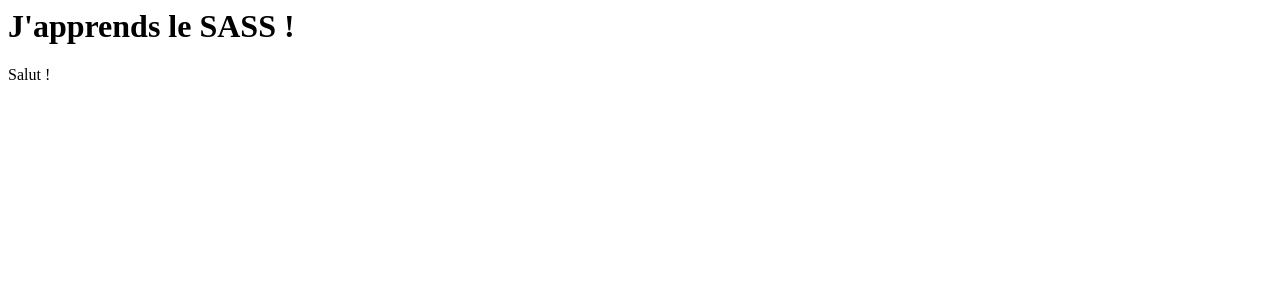
Repository: AtiPiquee/HyprDots
Page: www/sass-workshop/index.html
The author's editor kept a copy of each file at every save. The page is drawn from the files as they stood at one save, then again after the next save.
The browser window is 1280 px wide. The pictures show the whole page.

Above is the page before, as saved 2025-03-31 15:08:35.

### www/sass-workshop/index.html
<html>
    <head>
        <title>Learn SASS</title>
        <link ref="stylesheet" href="src/css/style.css">
    </head>

    <body>
        <h1>J'apprends le SASS !</h1>

        <p>Salut !</p>
    </body>
</html>

After the next save:
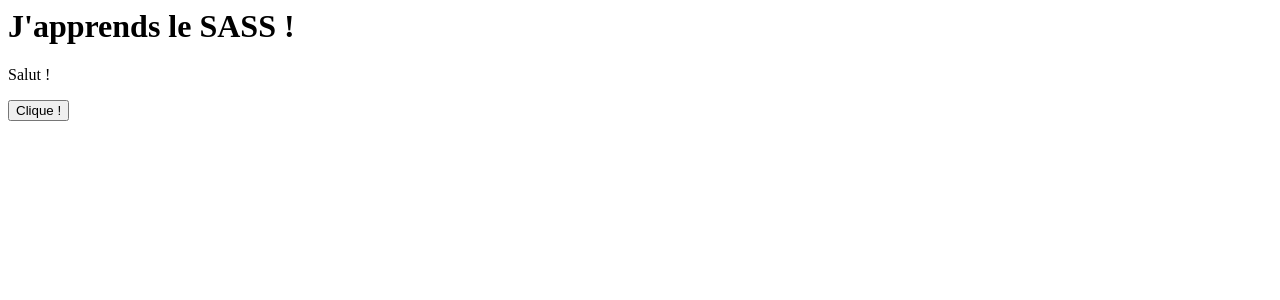
Saved 30 s later.
--- a/www/sass-workshop/index.html
+++ b/www/sass-workshop/index.html
@@ -8,5 +8,7 @@
         <h1>J'apprends le SASS !</h1>
 
         <p>Salut !</p>
+
+        <button>Clique !</button>
     </body>
 </html>
